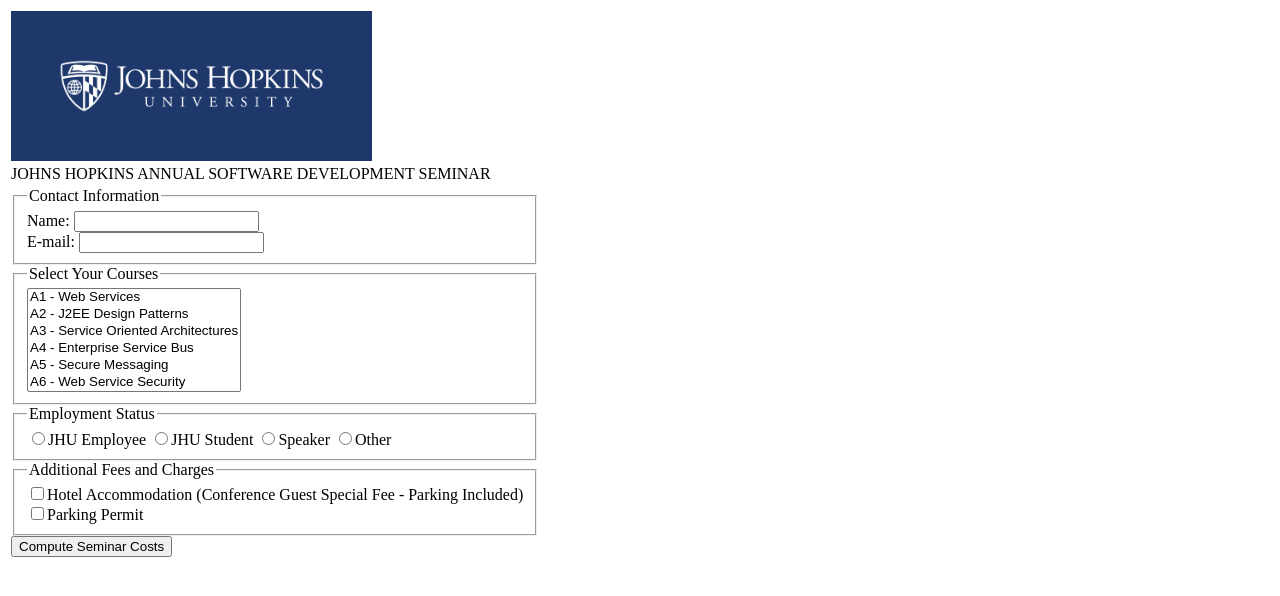
Repository: justinjwk/eclipse-workspace
Page: Homework2/WebContent/index.html
An editor plug-in stored every save of this project. The page is shown before and after the next save, followed by the edit.
The browser window is 1280 px wide. The pictures show the whole page.

Above is the page before, as saved 2019-06-12 02:46:40.

### Homework2/WebContent/index.html
<!DOCTYPE html>
<html>
<head>
<meta charset="UTF-8">
<title>JHU Annual Software Development Seminar</title>
</head>
<body>

	<table>
		<tr>
			<td><img src="jhu_logo.png" height=150 align="center"></td>
		</tr>
		<tr>
			<td>JOHNS HOPKINS ANNUAL SOFTWARE DEVELOPMENT SEMINAR</td>
		</tr>
		<tr>
			<td>
				<form>
					<fieldset>
						<legend>Contact Information</legend>
						Name: <input type="name" name="name" required><br>
						E-mail: <input type="email" name="email" required><br>
					</fieldset>

					<fieldset>
						<legend>Select Your Courses</legend>
						<select name="course" size="6" multiple required>
							<option value="A1">A1 - Web Services</option>
							<option value="A2">A2 - J2EE Design Patterns</option>
							<option value="A3">A3 - Service Oriented Architectures</option>
							<option value="A4">A4 - Enterprise Service Bus</option>
							<option value="A5">A5 - Secure Messaging</option>
							<option value="A6">A6 - Web Service Security</option>
						</select>
					</fieldset>

					<fieldset>
						<legend>Employment Status</legend>
						<input type="radio" name="employmentstatus" value="employee"
							required>JHU Employee <input type="radio"
							name="employmentstatus" value="student">JHU Student <input
							type="radio" name="employmentstatus" value="speaker">Speaker
						<input type="radio" name="employmentstatus" value="ohter">Other
					</fieldset>

					<fieldset>
						<legend>Additional Fees and Charges</legend>
						<input type="checkbox" name="hotel">Hotel Accommodation
						(Conference Guest Special Fee - Parking Included)<br> <input
							type="checkbox" name="parking">Parking Permit
					</fieldset>

					<input type="submit" value="Compute Seminar Costs">
					<input type="hidden"
						name="action" value="register">
				</form>
</body>
</td>
</tr>

</table>

</html>

After the next save:
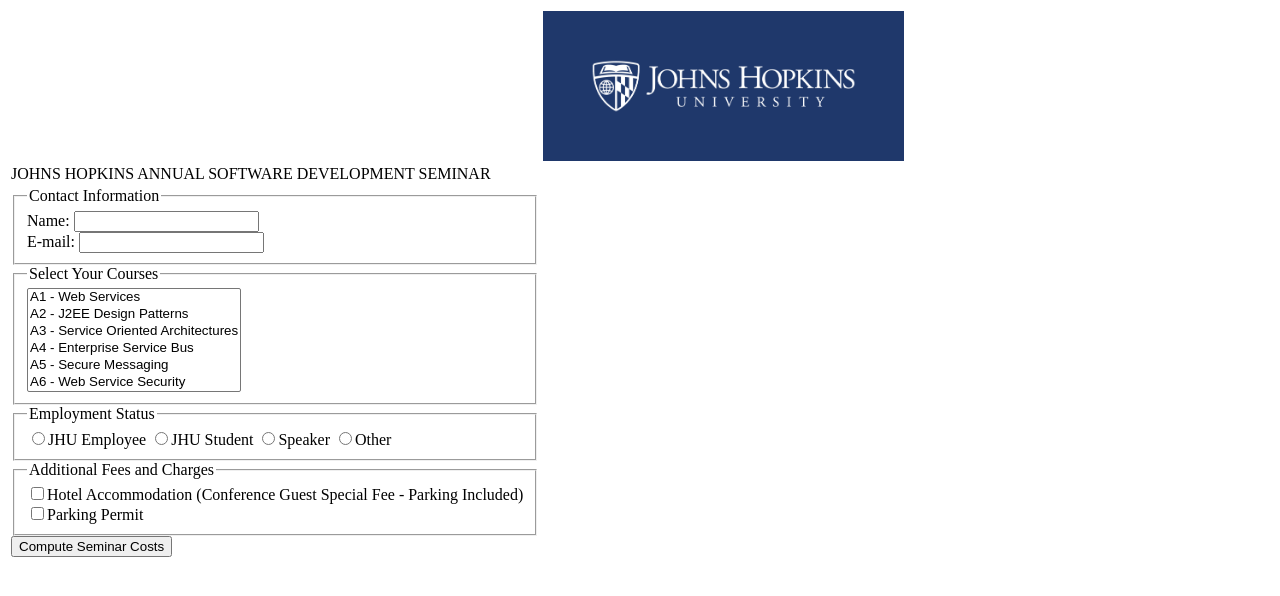
Saved 25 s later.
--- a/Homework2/WebContent/index.html
+++ b/Homework2/WebContent/index.html
@@ -7,9 +7,9 @@
 <body>
 
 	<table>
-		<tr>
+		<th>
 			<td><img src="jhu_logo.png" height=150 align="center"></td>
-		</tr>
+		</th>
 		<tr>
 			<td>JOHNS HOPKINS ANNUAL SOFTWARE DEVELOPMENT SEMINAR</td>
 		</tr>
